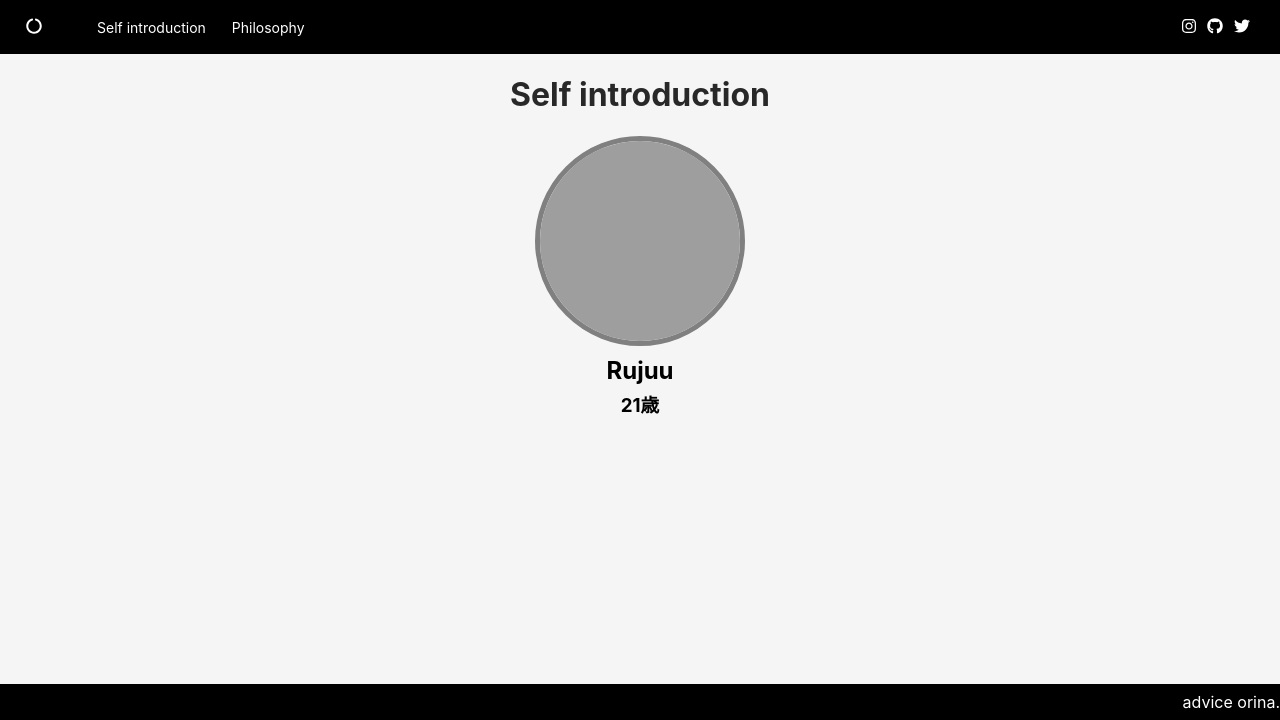
Repository: Rujuu-prog/react-mysite
Page: /selfintroduction
An editor plug-in stored every save of this project. The page is shown before and after the next save, followed by the edit.
The browser window is 1280 px wide. The pictures show the whole page.
Pictures or frames that could not be fetched are drawn as grey boxes. The project was rebuilt for these pictures with package versions that can differ from the ones it lists, and the page was loaded fresh each time. Also part of the build but not shown: src/components/pages/Philosophy.tsx, src/components/pages/Top.tsx.

Above is the page before, as saved 2021-05-13 01:45:21.

After the next save:
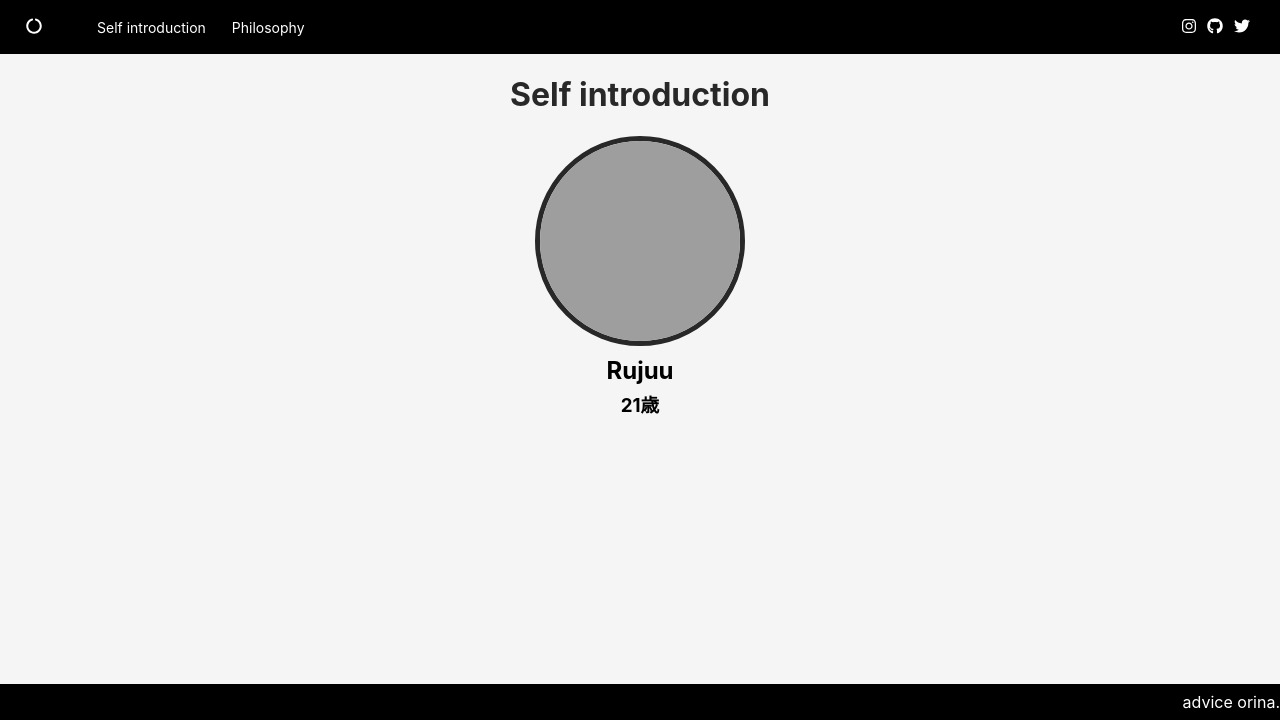
Saved 20 s later.
--- a/src/components/pages/SelfIntroduction.tsx
+++ b/src/components/pages/SelfIntroduction.tsx
@@ -29,7 +29,7 @@ const SMainContainer = styled.div`
         width: 200px;
         height: 200px;
         border-radius: 50%;
-        border: solid 5px gray;
+        border: solid 5px #282828;
         background-position: left top;
     }
     h2 {
